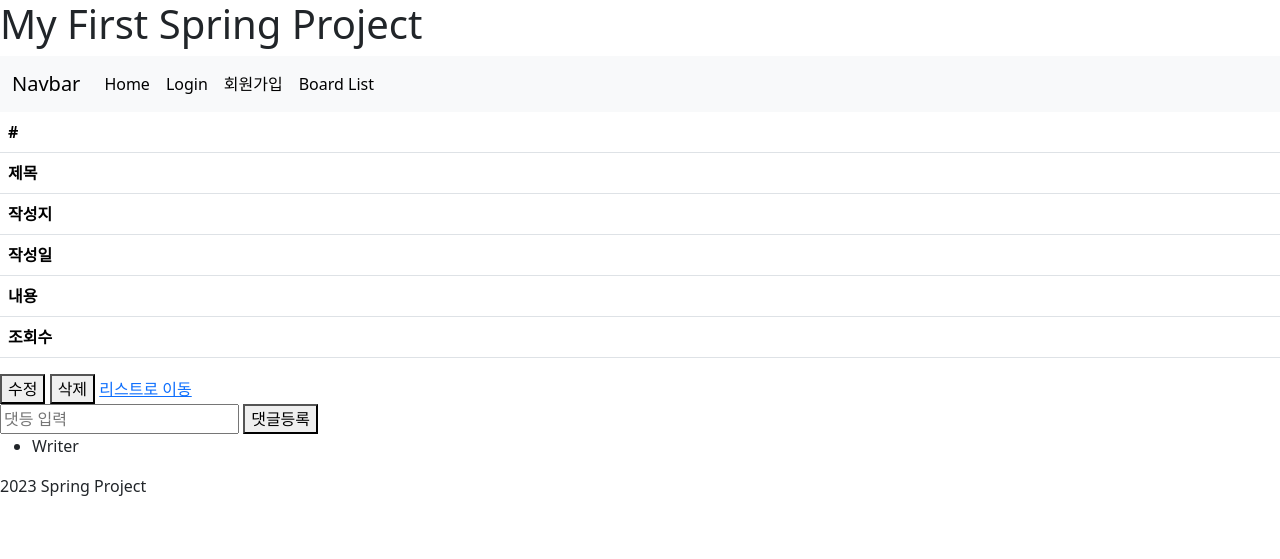
Repository: HongSeungBo/secondspring
Page: http://localhost/spring_test/WEB-INF/views/board/detail.jsp
The author's editor kept a copy of each file at every save. The page is drawn from the files as they stood at one save, then again after the next save.
The browser window is 1280 px wide. The pictures show the whole page.
The page is served by Tomcat 9. Nobody is signed in. Other server files are loaded and not shown. The template is opened directly, without the code that normally fills it, so the values that code supplies are empty.

Above is the page before, as saved 2023-10-10 11:39:24.

### spring test/src/main/webapp/WEB-INF/views/board/detail.jsp
<%@ page language="java" contentType="text/html; charset=UTF-8"
    pageEncoding="UTF-8"%>
    <%@ taglib prefix="c" uri="http://java.sun.com/jsp/jstl/core" %>
<!DOCTYPE html>
<html>
<head>
<meta charset="UTF-8">
<title>Insert title here</title>
</head>
<body>
<jsp:include page="../layout/header.jsp"></jsp:include>
	<table class="table table-hover">
		<tr>
			<th>#</th>
			<td>${detail.bno }</td>
		</tr>
		<tr>
			<th>제목</th>
			<td>${detail.title }</td>
		</tr>
		<tr>
			<th>작성지</th>
			<td>${detail.writer }</td>
		</tr>
		<tr>
			<th>작성일</th>
			<td>${detail.registerDate }</td>
		</tr>
		<tr>
			<th>내용</th>
			<td>${detail.content }</td>
		</tr>
		<tr>
			<th>조회수</th>
			<td>${detail.read_count }</td>
		</tr>
	</table>

	<a href="/board/modify?bno=${detail.bno }"><button type="button">수정</button></a>
	<a href="/board/remove?bno=${detail.bno }"><button type="button">삭제</button></a>
	<a href="/board/list">리스트로 이동</a>

	<!-- comment line -->
	<div>
		<!-- 댓글 작성 라인 -->
		<div>
			<span id="cmtwirter">${ses.id }</span>
			<input type="text" id="cmtText" placeholder="댓등 입력">
			<button type="button" id="cmtPostBtn">댓글등록</button>
		</div>

		<!-- 댓글 표시 라인 -->
		<div>
			<ul id="cmtListArea">
				<li>
					<div>Writer</div>
				</li>
			</ul>
		</div>
	</div>

	<jsp:include page="../layout/footer.jsp"></jsp:include>

</body>
</html>

### spring test/src/main/webapp/WEB-INF/views/layout/header.jsp
<%@ page language="java" contentType="text/html; charset=UTF-8"
    pageEncoding="UTF-8"%>
    <%@ taglib prefix="c" uri="http://java.sun.com/jsp/jstl/core" %>
<!DOCTYPE html>
<html>
<head>
<meta charset="UTF-8">
<title>Insert title here</title>
<link href="https://cdn.jsdelivr.net/npm/bootstrap@5.3.1/dist/css/bootstrap.min.css" rel="stylesheet"
integrity="sha384-4bw+/aepP/YC94hEpVNVgiZdgIC5+VKNBQNGCHeKRQN+PtmoHDEXuppvnDJzQIu9" crossorigin="anonymous">
<script src="https://cdn.jsdelivr.net/npm/bootstrap@5.3.1/dist/js/bootstrap.bundle.min.js"
integrity="sha384-HwwvtgBNo3bZJJLYd8oVXjrBZt8cqVSpeBNS5n7C8IVInixGAoxmnlMuBnhbgrkm" crossorigin="anonymous"></script>
</head>
<body>
<h1> My First Spring Project </h1>
<nav class="navbar navbar-expand-lg bg-body-tertiary">
  <div class="container-fluid">
    <a class="navbar-brand" href="#">Navbar</a>
    <button class="navbar-toggler" type="button" data-bs-toggle="collapse" data-bs-target="#navbarSupportedContent" aria-controls="navbarSupportedContent" aria-expanded="false" aria-label="Toggle navigation">
      <span class="navbar-toggler-icon"></span>
    </button>
    <div class="collapse navbar-collapse" id="navbarSupportedContent">
      <ul class="navbar-nav me-auto mb-2 mb-lg-0">
        <li class="nav-item">
          <a class="nav-link active" aria-current="page" href="/">Home</a>
        </li>
        <c:if test="${ses.id eq null }">
	        <li class="nav-item">
	          <a class="nav-link active" aria-current="page" href="/member/login">Login</a>
	        </li>
        </c:if>
        <c:if test="${ses.id ne null }">
	        <li class="nav-item">
	          <a class="nav-link active" aria-current="page" href="logout">Logout</a>
	        </li>
        </c:if>
        <li class="nav-item">
          <a class="nav-link active" aria-current="page" href="/member/signUp">회원가입</a>
        </li>
        <c:if test="${ses.id ne null }">
	        <li class="nav-item">
	          <a class="nav-link active" aria-current="page" href="/board/register">REG</a>
	        </li>
        </c:if>
        <c:if test="${ses.id ne null }">
	        <li class="nav-item">
	          <a class="nav-link active" aria-current="page" href="/member/modify">회원정보 수정</a>
	        </li>
        </c:if>
        <li class="nav-item">
          <a class="nav-link active" aria-current="page" href="/board/list">Board List</a>
        </li>
        <!-- <li class="nav-item">
          <a class="nav-link" href="#">Link</a>
        </li>
        <li class="nav-item dropdown">
          <a class="nav-link dropdown-toggle" href="#" role="button" data-bs-toggle="dropdown" aria-expanded="false">
            Dropdown
          </a>
          <ul class="dropdown-menu">
            <li><a class="dropdown-item" href="#">Action</a></li>
            <li><a class="dropdown-item" href="#">Another action</a></li>
            <li><hr class="dropdown-divider"></li>
            <li><a class="dropdown-item" href="#">Something else here</a></li>
          </ul>
        </li>
        <li class="nav-item">
          <a class="nav-link disabled" aria-disabled="true">Disabled</a>
        </li>
      </ul>
      <form class="d-flex" role="search">
        <input class="form-control me-2" type="search" placeholder="Search" aria-label="Search">
        <button class="btn btn-outline-success" type="submit">Search</button> -->
      </form>
    </div>
  </div>
</nav>

### spring test/src/main/webapp/WEB-INF/views/layout/footer.jsp
<%@ page language="java" contentType="text/html; charset=UTF-8"
    pageEncoding="UTF-8"%>
<!DOCTYPE html>
<html>
<head>
<meta charset="UTF-8">
<title>Insert title here</title>
</head>
<body>
<div> 2023 Spring Project </div>
</body>
</html>

After the next save:
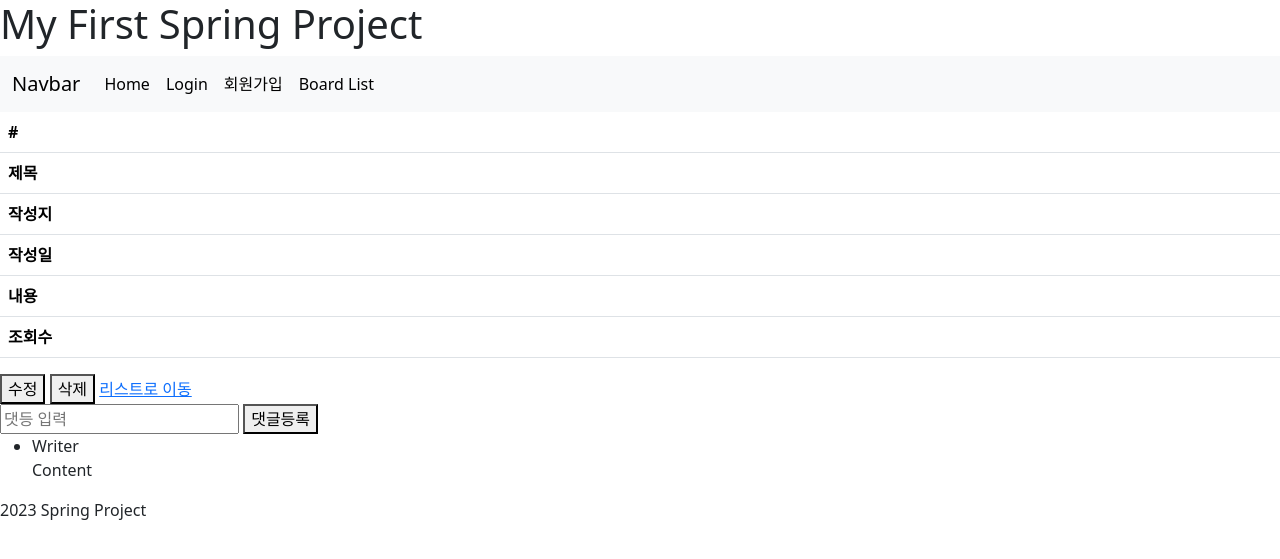
Saved 21 s later.
--- a/spring test/src/main/webapp/WEB-INF/views/board/detail.jsp
+++ b/spring test/src/main/webapp/WEB-INF/views/board/detail.jsp
@@ -53,7 +53,10 @@
 		<div>
 			<ul id="cmtListArea">
 				<li>
-					<div>Writer</div>
+					<div>
+						<div>Writer</div>
+						Content
+					</div>
 				</li>
 			</ul>
 		</div>
